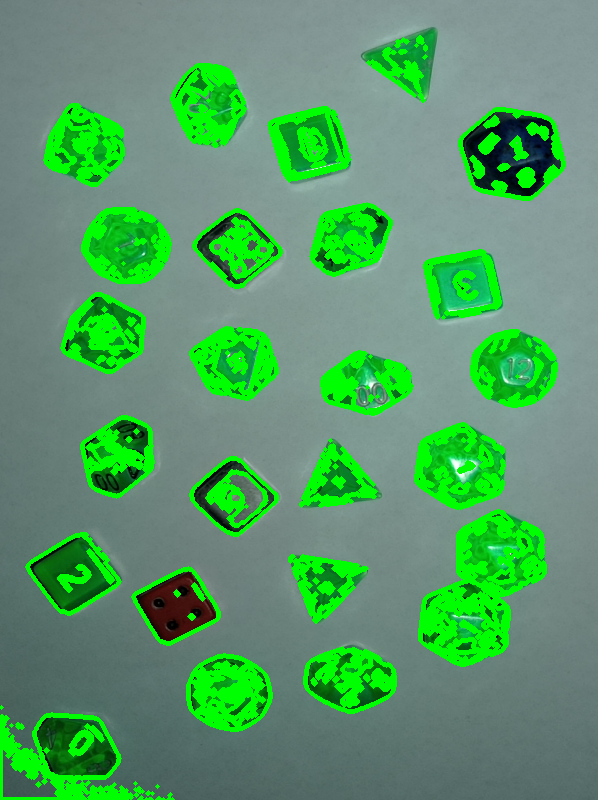
Repository: kaiofbgarcia/OpenCV
Script's output: python dados.py
An editor plug-in stored every save of this project. The script's output is shown before and after the next save, followed by the edit.
Random numbers start from a fixed seed. It also reads Dados/imgDados/dados4.jpg.

Above is the script's output before, as saved 2022-06-28 20:22:39.

### dados.py
import cv2
from cv2 import THRESH_BINARY
from cv2 import erode
import numpy as np
from numpy import binary_repr

imagem = cv2.imread("img/dados4.jpg")          # Carregar a imagem
res = cv2.resize(imagem, dsize=( 598, 800), interpolation=cv2.INTER_CUBIC) # Redimensionar Img ################
gray = cv2.cvtColor(res, cv2.COLOR_BGR2GRAY)     # GrayScale
blur = cv2.blur(gray,(1,1))                       # Blur ###############

ret,binary = cv2.threshold(gray , 85 ,255, cv2.THRESH_BINARY)         # Binarização ################
ret1,binary1 = cv2.threshold(binary,127,255,cv2.THRESH_BINARY_INV)   # Inverter a Binarização

kernel = np.ones((6,6), np.uint8)
#dilation = cv2.dilate(binary1, kernel, iterations=4)   # Dilatar ####################
#erodion = cv2.erode(dilation, kernel, iterations=5)

contours, hierarchy = cv2.findContours(binary1, cv2.RETR_TREE, cv2.CHAIN_APPROX_SIMPLE) # Procura os Objetos
cont = len(contours)                                                                     # Conta os Objetos

cv2.drawContours(res, contours, -1, (0,255,0), 3)

print("Numero de Objetos Encontrados: ",cont)

cv2.imshow("Dilatation", res)


cv2.waitKey(0)

After the next save:
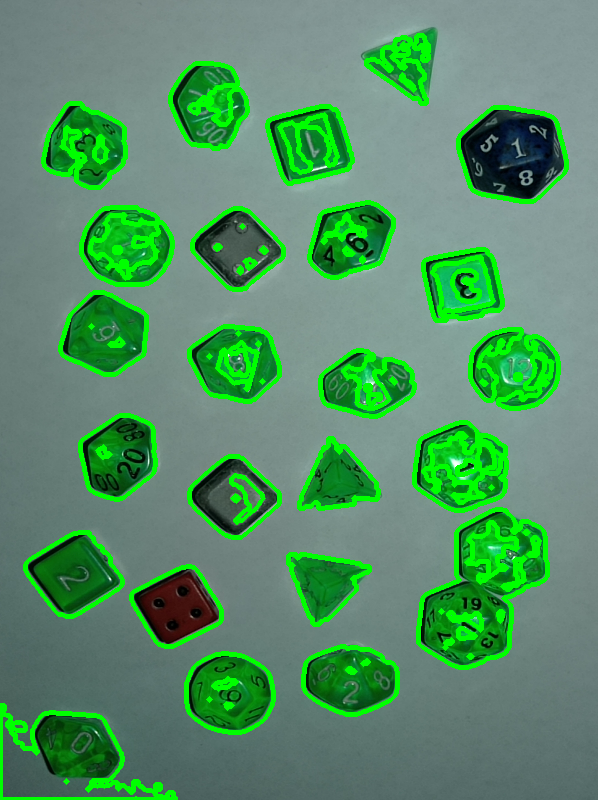
Saved 18 s later.
--- a/dados.py
+++ b/dados.py
@@ -13,10 +13,10 @@ ret,binary = cv2.threshold(gray , 85 ,255, cv2.THRESH_BINARY)         # Binariza
 ret1,binary1 = cv2.threshold(binary,127,255,cv2.THRESH_BINARY_INV)   # Inverter a Binarização
 
 kernel = np.ones((6,6), np.uint8)
-#dilation = cv2.dilate(binary1, kernel, iterations=4)   # Dilatar ####################
+dilation = cv2.dilate(binary1, kernel, iterations=1)   # Dilatar ####################
 #erodion = cv2.erode(dilation, kernel, iterations=5)
 
-contours, hierarchy = cv2.findContours(binary1, cv2.RETR_TREE, cv2.CHAIN_APPROX_SIMPLE) # Procura os Objetos
+contours, hierarchy = cv2.findContours(dilation, cv2.RETR_TREE, cv2.CHAIN_APPROX_SIMPLE) # Procura os Objetos
 cont = len(contours)                                                                     # Conta os Objetos
 
 cv2.drawContours(res, contours, -1, (0,255,0), 3)
